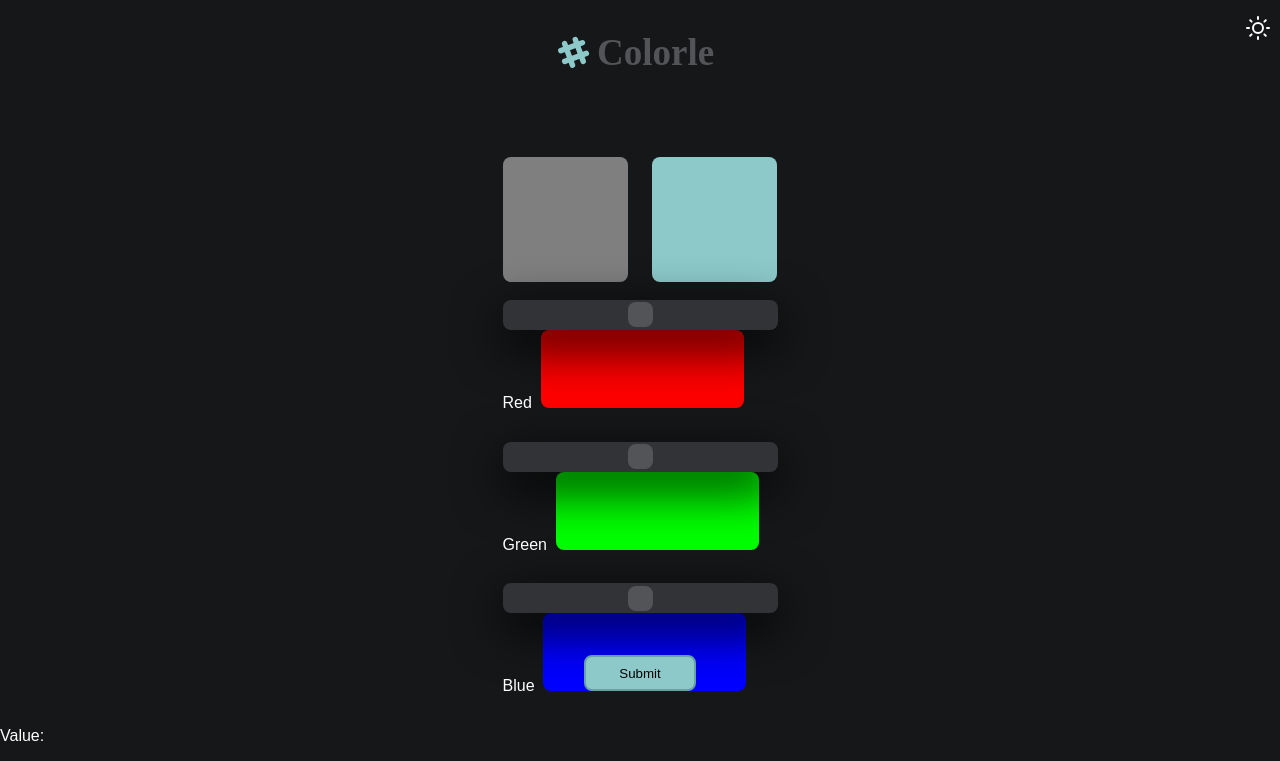
Repository: Artem-Melnik/Colorle
Page: index.html
The author's editor kept a copy of each file at every save. The page is drawn from the files as they stood at one save, then again after the next save.
The browser window is 1280 px wide. The pictures show the whole page.

Above is the page before, as saved 2022-05-16 00:10:47.

### index.html
<!-- TODO: Change text/icon color -->
<!-- TODO: Represent guess correctness using Linear-style icons -->
<!-- TODO: Replace Colorle text logo with SVG/image due to font problems -->
<!-- TODO: Add textboxes where player can enter exact RGB values -->
<!DOCTYPE html>
<html>
  <head>
    <title>Parcel Sandbox</title>
    <link rel="icon" type="image/x-icon" href="assets/logo.svg">
    <link rel="stylesheet" href="styles.css">
    <meta charset="UTF-8" />
    <meta name="viewport" content="width=device-width" />
  </head>

  <script
    src="https://ajax.googleapis.com/ajax/libs/jquery/3.6.0/jquery.min.js"
    type="text/javascript"
  ></script>
  <script
    src="https://ajax.googleapis.com/ajax/libs/jqueryui/1.13.1/jquery-ui.min.js"
    type="text/javascript"
  ></script>
  <!-- Host feather icons locally and remove CDN? -->
  <script src="https://unpkg.com/feather-icons"></script>
  <script>
      feather.replace();
    </script>
  <script type="module" src="index.js" type="text/javascript"></script>

  <body>
    <div id="app"></div>
    <div class="topBar">
      <div id="header">
        <!-- TODO: Change logo to <iframe> or <object>
        to allow for dynamic color change of stroke -->
        <img id="logo" src="assets/logo.svg">
        <p id="title">Colorle</p>
      </div>
      <p>
        <button type="button" id="themeToggle">
          <img src="assets/sun-icon.svg">
          <!-- <i id="themeIcon" data-feather="sun"></i> -->
        </button>
      </p>
    </div>

    <div id="topColors">
      <div id="previewAll"></div>
      <div id="correctColor"></div>
    </div>
    <div id="redContainer">
      <input
        type="range"
        min="0"
        max="255"
        value="128"
        class="slider"
        id="sliderRed"
      />
      <p class="currentColor" id="currentRed">Red</p>
      <p class="rating" id="ratingRed"></p>
      <div id="previewRed"></div>
    </div>
    <div id="greenContainer">
      <input
        type="range"
        min="0"
        max="255"
        value="128"
        class="slider"
        id="sliderGreen"
      />
      <p class="currentColor" id="currentGreen">Green</p>
      <p class="rating" id="ratingGreen"></p>
      <div id="previewGreen"></div>
    </div>
    <div id="blueContainer">
      <input
        type="range"
        min="0"
        max="255"
        value="128"
        class="slider"
        id="sliderBlue"
      />
      <p class="currentColor" id="currentBlue">Blue</p>
      <p class="rating" id="ratingBlue"></p>
      <div id="previewBlue"></div>
    </div>
    <div class="guessText">
      <p>Value: <span id="guessColor"></span></p>
    </div>
    <div class="buttonContainer">
      <button type="button" id="submitButton">Submit</button>
    </div>
  </body>
</html>

### styles.css
body {
  font-family: sans-serif;
  margin: 0;
  background: #151718;
  color: #ffffff;
}

.lightTheme {
  background: #ffffff;
  color: #151718;
}

/* Changes the correctColor gradient to dark/black */
/* .correctColorDark {
  background-image: linear-gradient(
    to bottom,
    rgba(0, 0, 0, 0),
    rgba(0, 0, 0, 1) 100%
  ) !important;
} */

#header {
  display: block;
  position: relative;
  margin-left: auto;
  margin-right: auto;
  margin-bottom: 7%;
  margin-top: 2%;
  width: 165px;
  height: 42px;
  align-items: center;
}

#logo {
  position: relative;
  justify-content: center;
  align-items: center;
  margin-top: 10px;
  margin-bottom: -3px;
  margin-right: 3px;
  width: 32px;
  height: 32px;
}

#title {
  font-family: "Asap";
  font-style: normal;
  font-weight: 700;
  font-size: 37px;
  line-height: 42px;
  display: inline-block;
  /* align-items: center; */
  /* text-align: center; */
  color: #535458;
  margin: 0px;
}

#themeToggle {
  width: 25px;
  height: 25px;
  position: absolute;
  right: 15px;
  top: 15px;
  color: grey;
  background: none;
  border: none;
  transform: scale(1);
  transition: all 0.5s;
}

#themeToggle:hover {
  transform: scale(1.2);
}

#themeIcon {
  color: grey;
  width: 25px;
  height: 25px;
  transform: scale(1);
  transition: all 0.5s;
}

#themeIcon.animate {
  color: grey;
  transform: scale(0);
}

.transform-active {
  /* background-color: blue;
  animation-name: darkToLight;
  animation-duration: 1s; */
  color: #151718;
}

.transform {
  -webkit-transition: all 2s ease;
  -moz-transition: all 2s ease;
  -o-transition: all 2s ease;
  -ms-transition: all 2s ease;
  transition: all 2s ease;
}

/* @keyframes darkTolight {
  0% {
    color: #ffffff;
  }
  100% {
    color: #151718;
  }
} */

/* #previewId {
  width: 100px;
  height: 100px;
  background-color: var(color);
  border: solid black;
} */

/* correctColor gradient */
/* #correctColor {
  position: absolute;
  top: 0px;
  width: 100%;
  height: 25%;
  background-color: var(color);
  margin: auto;
  background-image: linear-gradient(
    to bottom,
    rgba(255, 255, 255, 0),
    rgba(255, 255, 255, 1) 100%
  );
  z-index: -1;
} */

#topColors {
  width: 275px;
  margin: auto;
}

#correctColor {
  display: inline-block;
  position: relative;
  width: 125px;
  height: 125px;
  border-radius: 8px;
  margin-left: 10px;
}

#previewAll {
  background-color: rgb(127, 127, 127);
  display: inline-block;
  position: relative;
  width: 125px;
  height: 125px;
  border-radius: 8px;
  order: 1;
  margin-right: 10px;
}

#redContainer,
#greenContainer,
#blueContainer {
  display: auto;
  justify-content: center;
  margin: auto;
  width: 275px;
}

#sliderRed,
#sliderGreen,
#sliderBlue {
  display: block;
  -webkit-appearance: none;
  -moz-appearance: none;
  appearance: none;
  background: #323337;
  width: 275px;
  height: 30px;
  top: 100px;
  border-radius: 8px;
  margin: auto;
  margin-top: 5%;
  filter: drop-shadow(0px 15px 25px #000000);
}

#sliderRed::-webkit-slider-thumb,
#sliderGreen::-webkit-slider-thumb,
#sliderBlue::-webkit-slider-thumb {
  -webkit-appearance: none;
  appearance: none;
  width: 25px;
  height: 25px;
  background: #535458;
  cursor: pointer;
  border-radius: 8px;
}

#currentRed,
#currentGreen,
#currentBlue,
#ratingRed,
#ratingGreen,
#ratingBlue {
  display: inline-block;
  position: relative;
}

#previewRed,
#previewGreen,
#previewBlue {
  display: inline-block;
  position: relative;
  width: 203px;
  height: 78px;
  /* background-color: var(color); */
  /* border: solid black; */
  border-radius: 8px;
  margin: auto;
  z-index: -1;
}

#previewRed {
  background-color: rgb(255, 0, 0);
}

#previewGreen {
  background-color: rgb(0, 255, 0);
}

#previewBlue {
  background-color: rgb(0, 0, 255);
}

.buttonContainer {
  display: flex;
  justify-content: center;
}

#submitButton {
  position: fixed;
  width: 112px;
  height: 36px;
  bottom: 4%;
  border: 2px solid;
  border-radius: 8px;
  transition: all 0.3s ease 0s;
}

#submitButton:hover {
  position: fixed;
  width: 112px;
  height: 36px;
  bottom: 4%;
  border: 2px solid;
  border-radius: 8px;
  filter: drop-shadow(0px 10px 15px #8dc9c980);
  transform: translateY(-5px);
}

#submitButton:active {
  position: fixed;
  width: 112px;
  height: 36px;
  bottom: 4%;
  border: 2px solid;
  border-radius: 8px;
  filter: drop-shadow(0px 10px 15px #8dc9c980);
  transform: translateY(-1px);
}

### index.js
// document.getElementById("sliderRange").innerHTML = `
// <div class="slidercontainer"></div>
// `;
// var root = document.querySelector(":root");
// var slider = document.getElementById("sliderRange");
// // Change "demo" to something else?
// var sliderRange = document.getElementById("demo");
// sliderRange.innerHTML = slider.value;
let correctRed = 141;
let correctGreen = 201;
let correctBlue = 201;

let red;
let green;
let blue;
// TODO: Split correctRGB into 3 seperate colors
let correctRgb =
  "rgb(" + correctRed + ", " + correctGreen + ", " + correctBlue + ")";

function changeColor() {
  red = document.getElementById("sliderRed").value;
  green = document.getElementById("sliderGreen").value;
  blue = document.getElementById("sliderBlue").value;

  document.getElementById("previewRed").style.backgroundColor =
    "rgb(" + red + ", 0, 0)";
  document.getElementById("previewGreen").style.backgroundColor =
    "rgb(0," + green + ", 0)";
  document.getElementById("previewBlue").style.backgroundColor =
    "rgb(0, 0," + blue + ")";

  document.getElementById("currentRed").textContent = red;
  document.getElementById("currentGreen").textContent = green;
  document.getElementById("currentBlue").textContent = blue;
}

// Shows guess color when submit button is clicked
// Also checks how close the guess is to the correct color
function onSubmit() {
  document.getElementById("previewAll").style.backgroundColor =
    "rgb(" + red + ", " + green + ", " + blue + ")";
  document.getElementById("guessColor").textContent =
    "rgb(" + red + ", " + green + ", " + blue + ")";

  // TODO: Optimize code for red, green, and blue checks
  // Check if red guess is correct
if (red == correctRed) {
  document.getElementById('ratingRed').innerText = "SS";
} else if ((red > correctRed - 6) && (red < correctRed + 6)) {
  document.getElementById('ratingRed').innerText = "S";
} else if ((red > correctRed - 12) && (red < correctRed + 12)) {
  document.getElementById('ratingRed').innerText = "A";
} else if ((red > correctRed - 24) && (red < correctRed + 24)) {
  document.getElementById('ratingRed').innerText = "B";
} else if ((red > correctRed - 48) && (red < correctRed + 48)) {
  document.getElementById('ratingRed').innerText = "C";
} else {
  document.getElementById('ratingRed').innerText = "D";
}

  // Does same thing as red check but for green
if (green == correctGreen) {
  document.getElementById('ratingGreen').innerText = "SS";
} else if ((green > correctGreen - 6) && (green < correctGreen + 6)) {
  document.getElementById('ratingGreen').innerText = "S";
} else if ((green > correctGreen - 12) && (green < correctGreen + 12)) {
  document.getElementById('ratingGreen').innerText = "A";
} else if ((green > correctGreen - 24) && (green < correctGreen + 24)) {
  document.getElementById('ratingGreen').innerText = "B";
} else if ((green > correctGreen - 48) && (green < correctGreen + 48)) {
  document.getElementById('ratingGreen').innerText = "C";
} else {
  document.getElementById('ratingGreen').innerText = "D";
}

  // Does same thing as red check but for blue
if (blue == correctBlue) {
  document.getElementById('ratingBlue').innerText = "SS";
} else if ((blue > correctBlue - 6) && (blue < correctBlue + 6)) {
  document.getElementById('ratingBlue').innerText = "S";
} else if ((blue > correctBlue - 12) && (blue < correctBlue + 12)) {
  document.getElementById('ratingBlue').innerText = "A";
} else if ((blue > correctBlue - 24) && (blue < correctBlue + 24)) {
  document.getElementById('ratingBlue').innerText = "B";
} else if ((blue > correctBlue - 48) && (blue < correctBlue + 48)) {
  document.getElementById('ratingBlue').innerText = "C";
} else {
  document.getElementById('ratingBlue').innerText = "D";
}

  // if ("rgb(" + red + "," + green + "," + blue + ")" === "rgb(141,201,201)") {
  //   alert("Correct!");
  // }
}

$("#themeToggle").click(function () {
  $("#themeIcon").toggleClass("animate");
});

function themeSwitch() {
  document.body.classList.toggle("lightTheme");
  document.getElementById("correctColor").classList.toggle("correctColorDark");
}

document.getElementById("correctColor").style.backgroundColor = correctRgb;
document.getElementById("logo").style.fill = correctRgb;
document.getElementById("submitButton").style.backgroundColor = correctRgb;
document.getElementById("submitButton").style.borderColor =
  "rgb(" +
  (correctRed - 38) +
  ", " +
  (correctGreen - 38) +
  ", " +
  (correctBlue - 38) +
  ")";

document.getElementById("sliderRed").addEventListener("input", changeColor);
document.getElementById("sliderGreen").addEventListener("input", changeColor);
document.getElementById("sliderBlue").addEventListener("input", changeColor);
document.getElementById("submitButton").addEventListener("click", onSubmit);
document.getElementById("themeToggle").addEventListener("click", themeSwitch);

// Plugs in sliderRange for green in RGB
// Outputs the value of the slider
// slider.oninput = function () {
//   sliderRange.innerHTML = this.value;
//   root.style.setProperty("--green", sliderRange);
//   alert(sliderRange);
// };

After the next save:
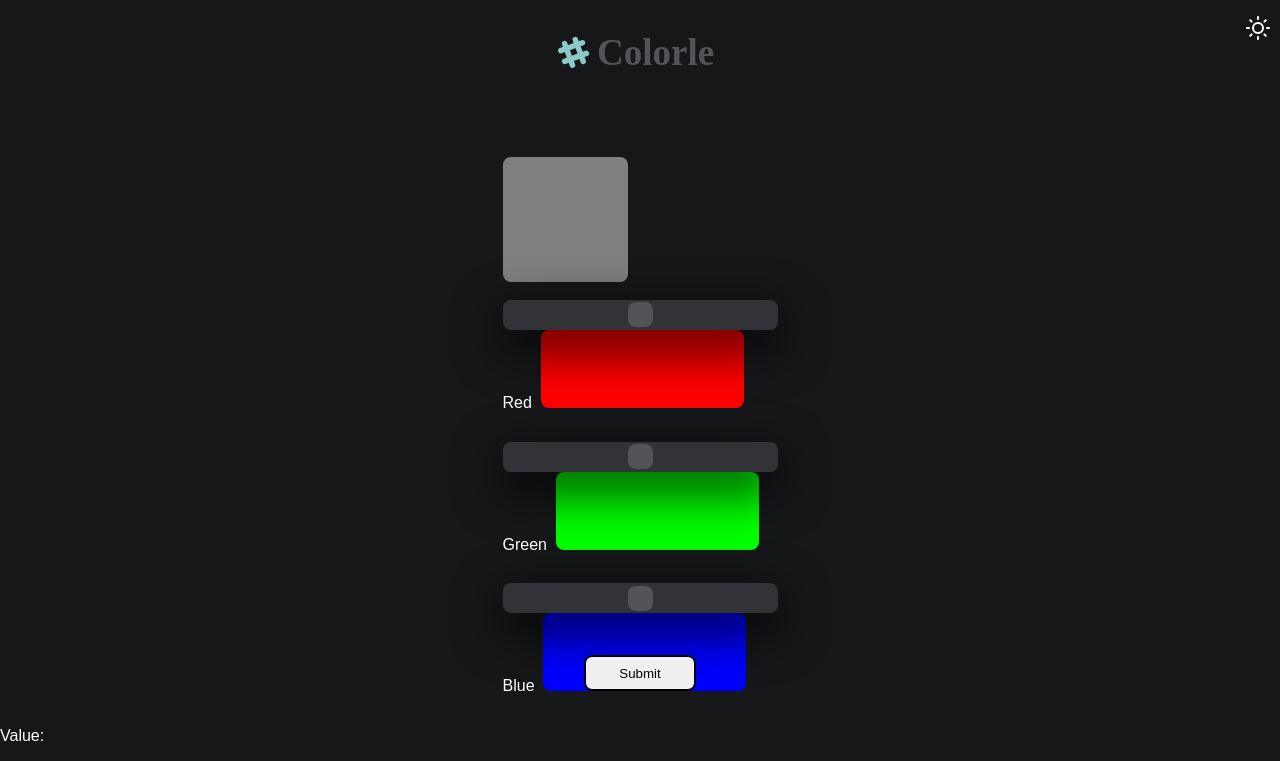
Console error: SyntaxError: Unexpected token ';'
Saved 927 days later.
--- a/index.js
+++ b/index.js
@@ -6,7 +6,7 @@
 // // Change "demo" to something else?
 // var sliderRange = document.getElementById("demo");
 // sliderRange.innerHTML = slider.value;
-let correctRed = 141;
+let correctRed = Random.;
 let correctGreen = 201;
 let correctBlue = 201;
 
@@ -44,49 +44,49 @@
 
   // TODO: Optimize code for red, green, and blue checks
   // Check if red guess is correct
-if (red == correctRed) {
-  document.getElementById('ratingRed').innerText = "SS";
-} else if ((red > correctRed - 6) && (red < correctRed + 6)) {
-  document.getElementById('ratingRed').innerText = "S";
-} else if ((red > correctRed - 12) && (red < correctRed + 12)) {
-  document.getElementById('ratingRed').innerText = "A";
-} else if ((red > correctRed - 24) && (red < correctRed + 24)) {
-  document.getElementById('ratingRed').innerText = "B";
-} else if ((red > correctRed - 48) && (red < correctRed + 48)) {
-  document.getElementById('ratingRed').innerText = "C";
-} else {
-  document.getElementById('ratingRed').innerText = "D";
-}
+  if (red == correctRed) {
+    document.getElementById('ratingRed').innerText = "SS";
+  } else if ((red > correctRed - 6) && (red < correctRed + 6)) {
+    document.getElementById('ratingRed').innerText = "S";
+  } else if ((red > correctRed - 12) && (red < correctRed + 12)) {
+    document.getElementById('ratingRed').innerText = "A";
+  } else if ((red > correctRed - 24) && (red < correctRed + 24)) {
+    document.getElementById('ratingRed').innerText = "B";
+  } else if ((red > correctRed - 48) && (red < correctRed + 48)) {
+    document.getElementById('ratingRed').innerText = "C";
+  } else {
+    document.getElementById('ratingRed').innerText = "D";
+  }
 
   // Does same thing as red check but for green
-if (green == correctGreen) {
-  document.getElementById('ratingGreen').innerText = "SS";
-} else if ((green > correctGreen - 6) && (green < correctGreen + 6)) {
-  document.getElementById('ratingGreen').innerText = "S";
-} else if ((green > correctGreen - 12) && (green < correctGreen + 12)) {
-  document.getElementById('ratingGreen').innerText = "A";
-} else if ((green > correctGreen - 24) && (green < correctGreen + 24)) {
-  document.getElementById('ratingGreen').innerText = "B";
-} else if ((green > correctGreen - 48) && (green < correctGreen + 48)) {
-  document.getElementById('ratingGreen').innerText = "C";
-} else {
-  document.getElementById('ratingGreen').innerText = "D";
-}
+  if (green == correctGreen) {
+    document.getElementById('ratingGreen').innerText = "SS";
+  } else if ((green > correctGreen - 6) && (green < correctGreen + 6)) {
+    document.getElementById('ratingGreen').innerText = "S";
+  } else if ((green > correctGreen - 12) && (green < correctGreen + 12)) {
+    document.getElementById('ratingGreen').innerText = "A";
+  } else if ((green > correctGreen - 24) && (green < correctGreen + 24)) {
+    document.getElementById('ratingGreen').innerText = "B";
+  } else if ((green > correctGreen - 48) && (green < correctGreen + 48)) {
+    document.getElementById('ratingGreen').innerText = "C";
+  } else {
+    document.getElementById('ratingGreen').innerText = "D";
+  }
 
   // Does same thing as red check but for blue
-if (blue == correctBlue) {
-  document.getElementById('ratingBlue').innerText = "SS";
-} else if ((blue > correctBlue - 6) && (blue < correctBlue + 6)) {
-  document.getElementById('ratingBlue').innerText = "S";
-} else if ((blue > correctBlue - 12) && (blue < correctBlue + 12)) {
-  document.getElementById('ratingBlue').innerText = "A";
-} else if ((blue > correctBlue - 24) && (blue < correctBlue + 24)) {
-  document.getElementById('ratingBlue').innerText = "B";
-} else if ((blue > correctBlue - 48) && (blue < correctBlue + 48)) {
-  document.getElementById('ratingBlue').innerText = "C";
-} else {
-  document.getElementById('ratingBlue').innerText = "D";
-}
+  if (blue == correctBlue) {
+    document.getElementById('ratingBlue').innerText = "SS";
+  } else if ((blue > correctBlue - 6) && (blue < correctBlue + 6)) {
+    document.getElementById('ratingBlue').innerText = "S";
+  } else if ((blue > correctBlue - 12) && (blue < correctBlue + 12)) {
+    document.getElementById('ratingBlue').innerText = "A";
+  } else if ((blue > correctBlue - 24) && (blue < correctBlue + 24)) {
+    document.getElementById('ratingBlue').innerText = "B";
+  } else if ((blue > correctBlue - 48) && (blue < correctBlue + 48)) {
+    document.getElementById('ratingBlue').innerText = "C";
+  } else {
+    document.getElementById('ratingBlue').innerText = "D";
+  }
 
   // if ("rgb(" + red + "," + green + "," + blue + ")" === "rgb(141,201,201)") {
   //   alert("Correct!");

After the save that followed:
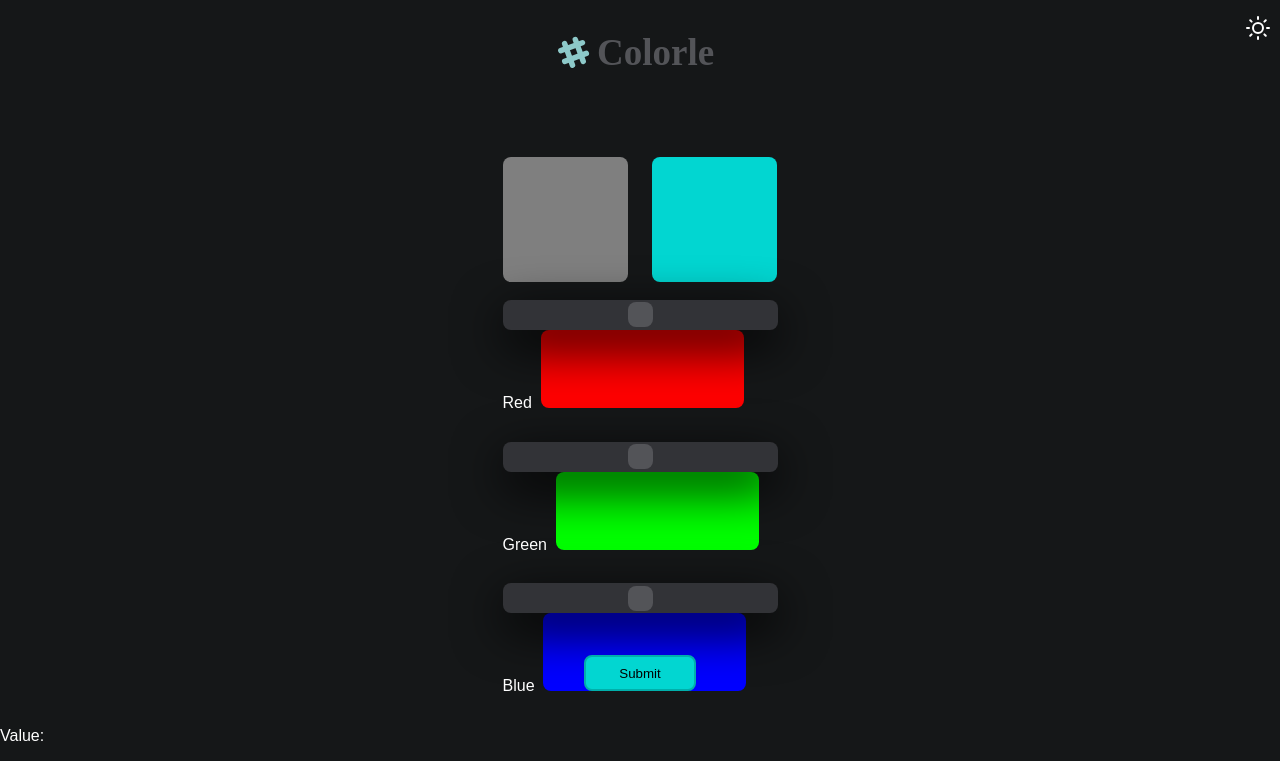
The error is gone.
Saved 82 s later.
--- a/index.js
+++ b/index.js
@@ -6,9 +6,9 @@
 // // Change "demo" to something else?
 // var sliderRange = document.getElementById("demo");
 // sliderRange.innerHTML = slider.value;
-let correctRed = Random.;
-let correctGreen = 201;
-let correctBlue = 201;
+let correctRed = Math.random() * 255;
+let correctGreen = Math.random() * 255;
+let correctBlue = Math.random() * 255;
 
 let red;
 let green;
